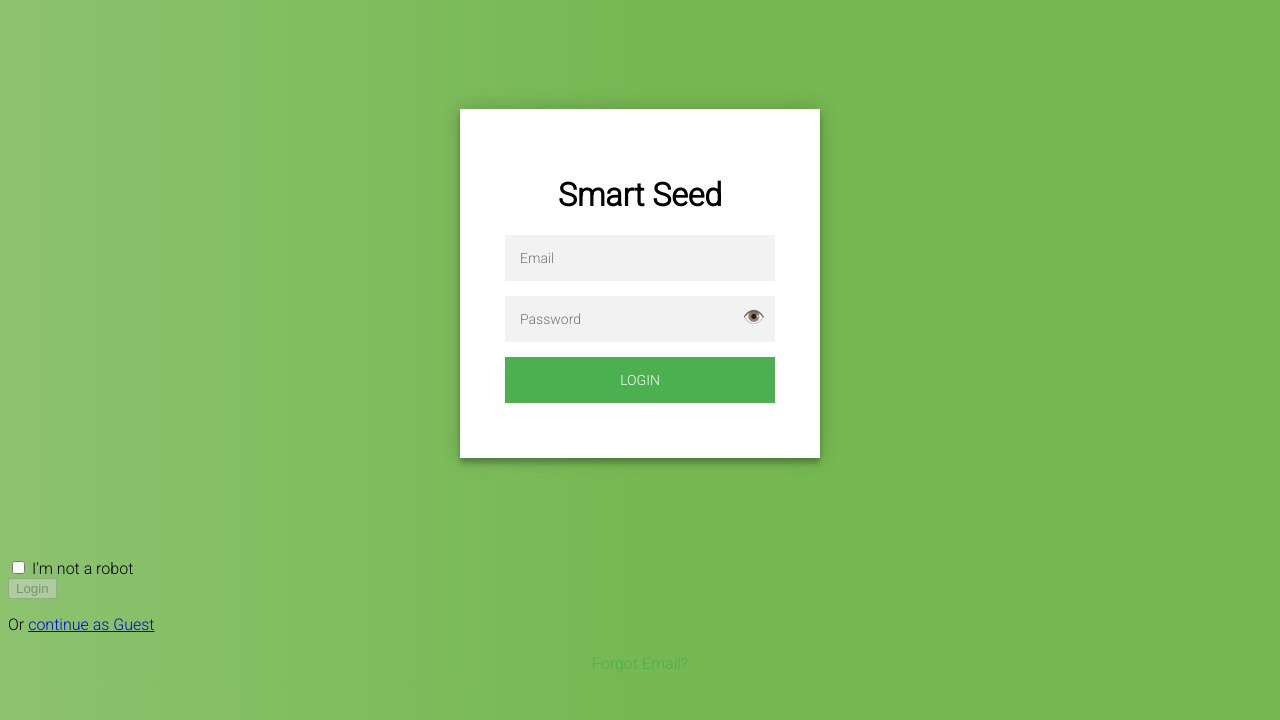
Repository: IFoundGeorge/Smart-Seed-v8-master
Page: src/login.html
These files come from the project's save history. The page is drawn as it stood at one moment and after the next save; the edit follows.
The browser window is 1280 px wide. The pictures show the whole page.

Above is the page before, as saved 2025-04-02 22:39:19.

### src/login.html
<!DOCTYPE html>
<html lang="en">
  <head>
    <meta charset="UTF-8" />
    <meta name="viewport" content="width=device-width, initial-scale=1.0" />
    <title>Login Form with Custom CAPTCHA</title>
    <link rel="stylesheet" href="../../css/login.css" />
    <script src="https://cdnjs.cloudflare.com/ajax/libs/js-sha1/0.7.0/sha1.min.js"></script>
    <style>
      .password-container {
        position: relative;
        display: flex;
        align-items: center;
      }

      #login-password {
        width: 100%;
        padding-right: 40px; /* Add space for the eye icon */
      }

      #toggle-password {
        position: absolute;
        right: 10px;
        cursor: pointer;
        font-size: 18px;
        color: #888;
      }

      .contact-us {
        text-align: center;
        margin-top: 20px;
      }

      .contact-us a {
        color: #4caf50; /* Green text */
        font-size: 16px;
        text-decoration: none;
        cursor: pointer;
      }

      .contact-us a:hover {
        text-decoration: underline; /* Underline on hover */
        color: #45a049; /* Darker green on hover */
      }

      /* Modal styling */
      .modal {
        display: none; /* Hidden by default */
        position: fixed;
        z-index: 1000;
        left: 0;
        width: 100%;
        height: 100%;
        overflow: auto;
        background-color: rgba(
          0,
          0,
          0,
          0.4
        ); /* Black background with opacity */
      }

      .modal-content {
        background-color: #fff;
        margin: 15% auto;
        padding: 20px;
        border: 1px solid #888;
        width: 80%;
        max-width: 400px;
        border-radius: 10px;
        text-align: center;
      }

      .modal-content h2 {
        margin-top: 0;
      }

      .modal-content a {
        color: #4caf50;
        text-decoration: none;
      }

      .modal-content a:hover {
        text-decoration: underline;
      }

      .close {
        color: #aaa;
        float: right;
        font-size: 28px;
        font-weight: bold;
        cursor: pointer;
      }

      .close:hover,
      .close:focus {
        color: black;
        text-decoration: none;
      }
    </style>
  </head>
  <body>
    <div class="login-page">
      <div class="form">
        <h1 class="title">Smart Seed</h1>
        <form class="login-form" onsubmit="loginUser(event)">
          <input type="email" id="login-email" placeholder="Email" required />
          <div class="password-container">
            <input
              type="password"
              id="login-password"
              placeholder="Password"
              required
            />
            <span
              id="toggle-password"
              onclick="togglePasswordVisibility()"
              style="cursor: pointer; position: absolute; right: 10px; top: 10px;"
            >
              👁️
            </span>
          </div>
          <button type="submit" id="login-button" disabled>Login</button>
          <div id="error-message" style="color: red; margin-top: 10px;"></div>
        </form>
      </div>
    </div>
  </body>

          <!-- CAPTCHA Section -->
          <div class="captcha-section">
            <input
              type="checkbox"
              id="captcha-checkbox"
              onclick="showCaptchaModal()"
            />
            <label for="captcha-checkbox">I'm not a robot</label>
          </div>

          <button type="submit" id="login-button" disabled>Login</button>
        </form>

        <!-- Clickable Guest Login -->
        <p class="guest-text">
          Or <a href="#" onclick="loginAsGuest()">continue as Guest</a>
        </p>

        <!-- Contact Us Link -->
        <div class="contact-us">
          <a href="#" onclick="contactUs()">Forgot Email?</a>
        </div>
      </div>
    </div>

    <!-- CAPTCHA Modal -->
    <div id="captcha-modal" class="modal">
      <div class="modal-content">
        <span class="close" onclick="closeCaptchaModal()">&times;</span>
        <p id="math-problem"></p>
        <input type="text" id="captcha-answer" placeholder="Your answer" />
        <button onclick="verifyCaptcha()">Submit</button>
      </div>
    </div>

    <!-- Contact Us Modal -->
    <div id="contact-modal" class="modal">
      <div class="modal-content">
        <span class="close" onclick="closeContactModal()">&times;</span>
        <h2>Contact Us</h2>
        <p><strong>Name:</strong> Cyrus M. Cavero</p>
        <p><strong>Phone:</strong> 09168802764</p>
        <p>
          <strong>Email:</strong>
          <a href="mailto:caverocyrus@gmail.com">caverocyrus@gmail.com</a>
        </p>
      </div>
    </div>

    <script src="../../js/login.js"></script>

    <script>
      function loginAsGuest() {
        window.location.href = "guest/index.html";
      }

      function togglePasswordVisibility() {
        const passwordInput = document.getElementById("login-password");
        const togglePassword = document.getElementById("toggle-password");

        if (passwordInput.type === "password") {
          passwordInput.type = "text";
          togglePassword.textContent = "🙈"; // Change icon to "hide" mode
        } else {
          passwordInput.type = "password";
          togglePassword.textContent = "👁️"; // Change icon to "show" mode
        }
      }

      function contactUs() {
        const modal = document.getElementById("contact-modal");
        modal.style.display = "block"; // Show the modal
      }

      function closeContactModal() {
        const modal = document.getElementById("contact-modal");
        modal.style.display = "none"; // Hide the modal
      }

      window.onclick = function (event) {
        const modal = document.getElementById("contact-modal");
        if (event.target === modal) {
          modal.style.display = "none";
        }
      };
    </script>
  </body>
</html>

### css/login.css
@import url('https://fonts.googleapis.com/css?family=Roboto:300');

body {
  background: #76b852;
  background: linear-gradient(90deg, rgba(141,194,111,1) 0%, rgba(118,184,82,1) 50%);
  font-family: "Roboto", sans-serif;
  -webkit-font-smoothing: antialiased;
  -moz-osx-font-smoothing: grayscale;
}

.login-page {
  width: 360px;
  padding: 8% 0 0;
  margin: auto;
}

.form {
  position: relative;
  z-index: 1;
  background: #FFFFFF;
  max-width: 360px;
  margin: 0 auto 100px;
  padding: 45px;
  text-align: center;
  box-shadow: 0 0 20px 0 rgba(0, 0, 0, 0.2), 0 5px 5px 0 rgba(0, 0, 0, 0.24);
}

.form input {
  font-family: "Roboto", sans-serif;
  outline: 0;
  background: #f2f2f2;
  width: 100%;
  border: 0;
  margin: 0 0 15px;
  padding: 15px;
  box-sizing: border-box;
  font-size: 14px;
}

.form button {
  font-family: "Roboto", sans-serif;
  text-transform: uppercase;
  outline: 0;
  background: #4CAF50;
  width: 100%;
  border: 0;
  padding: 15px;
  color: #FFFFFF;
  font-size: 14px;
  -webkit-transition: all 0.3 ease;
  transition: all 0.3 ease;
  cursor: pointer;
}

.form button:hover, .form button:active, .form button:focus {
  background: #43A047;
}

.form .message {
  margin: 15px 0 0;
  color: #b3b3b3;
  font-size: 12px;
}

.form .message a {
  color: #4CAF50;
  text-decoration: none;
}

.form .register-form {
  display: none;
}

#captchaCanvas {
    border: 1px solid #ccc;
    margin-right: 10px;
}

#captcha-input {
    margin-bottom: 10px;
}

.captcha-container {
    margin: 15px 0;
    font-size: 1.2em;
}


#captchaText {
    font-family: 'Courier New', monospace;
    font-size: 20px;
    font-weight: bold;
    background-color: #f0f0f0;
    padding: 5px;
    margin-right: 10px;
    user-select: none;
}
/* Add this to your login.css */

.modal {
    display: none;
    position: fixed;
    z-index: 1;
    left: 0;
    top: 0;
    width: 100%;
    height: 100%;
    overflow: auto;
    background-color: rgba(0, 0, 0, 0.4);
}

.modal-content {
    background-color: #fefefe;
    margin: 15% auto;
    padding: 20px;
    border: 1px solid #888;
    width: 80%;
    max-width: 300px;
    text-align: center;
}

.close {
    color: #aaa;
    float: right;
    font-size: 28px;
    font-weight: bold;
}

.close:hover,
.close:focus {
    color: black;
    text-decoration: none;
    cursor: pointer;
}

### js/login.js
document.addEventListener("DOMContentLoaded", () => {
  document.querySelectorAll(".message a").forEach((link) => {
    link.addEventListener("click", (e) => {
      e.preventDefault();
      document.querySelectorAll("form").forEach((form) => {
        form.classList.toggle("hidden");
      });
    });
  });
});

let correctAnswer;

function showCaptchaModal() {
  const captchaCheckbox = document.getElementById("captcha-checkbox");
  captchaCheckbox.checked = false;
  document.getElementById("login-button").disabled = true;

  const num1 = Math.floor(Math.random() * 10) + 1;
  const num2 = Math.floor(Math.random() * 10) + 1;
  correctAnswer = num1 + num2;
  document.getElementById(
    "math-problem"
  ).innerText = `What is ${num1} + ${num2}?`;
  document.getElementById("captcha-modal").style.display = "block";
}

function closeCaptchaModal() {
  document.getElementById("captcha-modal").style.display = "none";
}

function verifyCaptcha() {
  const userAnswer = parseInt(
    document.getElementById("captcha-answer").value,
    10
  );
  if (userAnswer === correctAnswer) {
    alert("CAPTCHA verified successfully!");
    document.getElementById("captcha-checkbox").checked = true;
    enableLoginButton();
    closeCaptchaModal();
  } else {
    alert("Incorrect answer. Please try again.");
    document.getElementById("captcha-answer").value = "";
    showCaptchaModal();
  }
}

function validatePassword(password) {
  const errors = [];

  if (password.length < 8) {
    errors.push("Password must be at least 8 characters long.");
  }
  if (!/[A-Z]/.test(password)) {
    errors.push("Password must contain at least one uppercase letter.");
  }
  if (!/\d/.test(password)) {
    errors.push("Password must contain at least one number.");
  }
  if (!/[@$!%*?&]/.test(password)) {
    errors.push("Password must contain at least one special character.");
  }

  return errors;
}

function enableLoginButton() {
  const password = document.getElementById("login-password").value;
  const captchaChecked = document.getElementById("captcha-checkbox").checked;
  const loginButton = document.getElementById("login-button");

  // Enable login button if password is valid and CAPTCHA is checked
  if (validatePassword(password).length === 0 && captchaChecked) {
    loginButton.disabled = false;
  } else {
    loginButton.disabled = true;
  }
}

function loginUser(event) {
  event.preventDefault();

  // Reference to the error message element
  const errorMessageElement = document.getElementById("error-message");
  errorMessageElement.textContent = ""; // Clear previous messages

  // Check if CAPTCHA is verified
  if (!document.getElementById("captcha-checkbox").checked) {
    errorMessageElement.textContent = "Please verify the CAPTCHA.";
    return;
  }

  const email = document.getElementById("login-email").value.trim();
  const password = document.getElementById("login-password").value.trim();

  // Validate password
  const passwordErrors = validatePassword(password);
  if (passwordErrors.length > 0) {
    errorMessageElement.textContent = passwordErrors.join(" ");
    return;
  }

  // Hardcoded credentials for demonstration purposes
  const hardcodedEmail = "admin@email.com";
  const hardcodedPassword = "Password123!";

  // Check credentials
  if (email === hardcodedEmail && password === hardcodedPassword) {
    alert("Login successful!");
    window.location.href = "index.html";
  } else {
    errorMessageElement.textContent = "Invalid email or password."; // Show error if credentials don't match
  }
}

window.onclick = function (event) {
  const modal = document.getElementById("captcha-modal");
  if (event.target === modal) {
    closeCaptchaModal();
  }
};

After the next save:
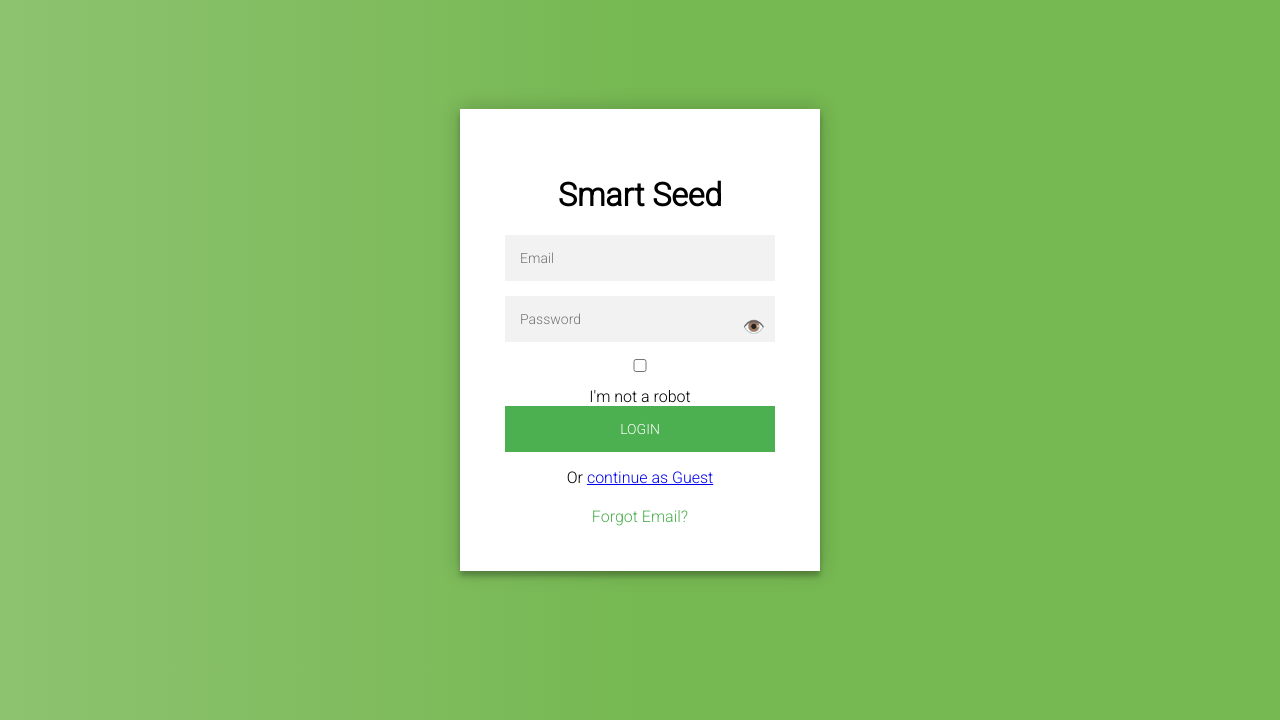
Saved 24 s later.
--- a/src/login.html
+++ b/src/login.html
@@ -112,20 +112,10 @@
               placeholder="Password"
               required
             />
-            <span
-              id="toggle-password"
-              onclick="togglePasswordVisibility()"
-              style="cursor: pointer; position: absolute; right: 10px; top: 10px;"
+            <span id="toggle-password" onclick="togglePasswordVisibility()"
+              >👁️</span
             >
-              👁️
-            </span>
           </div>
-          <button type="submit" id="login-button" disabled>Login</button>
-          <div id="error-message" style="color: red; margin-top: 10px;"></div>
-        </form>
-      </div>
-    </div>
-  </body>
 
           <!-- CAPTCHA Section -->
           <div class="captcha-section">
